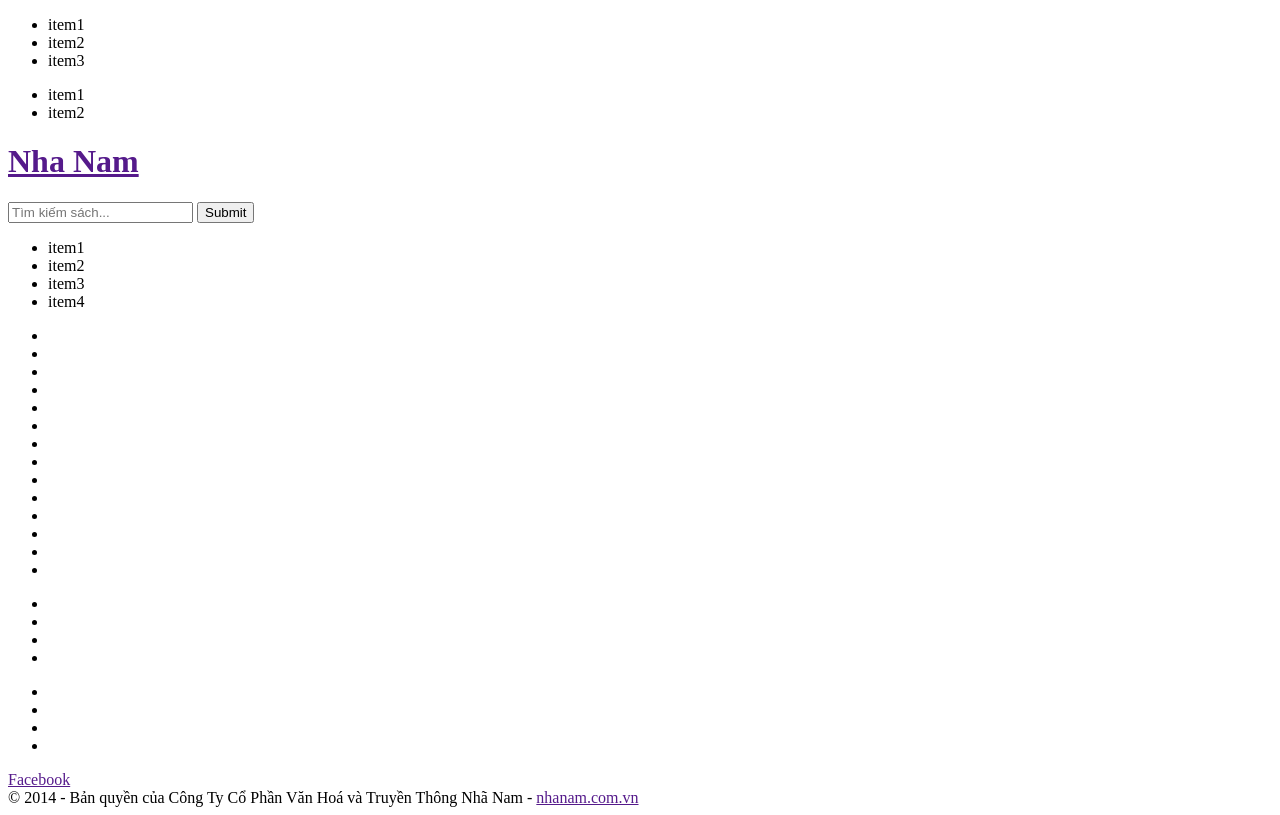
Repository: Kienroro2003/A0921I1_NgyenTranKien
Page: Module6/sprint2/index.html
The author's editor kept a copy of each file at every save. The page is drawn from the files as they stood at one save, then again after a run of saves.
The browser window is 1280 px wide. The pictures show the whole page.

Above is the page before, as saved 2022-08-26 16:45:25.

### Module6/sprint2/index.html
<!DOCTYPE html>
<html lang="en">
<head>
    <meta charset="UTF-8">
    <meta http-equiv="X-UA-Compatible" content="IE=edge">
    <meta name="viewport" content="width=device-width, initial-scale=1.0">
    <title>Nhã Nam</title>
</head>
<body>
    <div class="page">
        <div class="header">
            <div class="topbar">
                <div class="wrapper">
                    <div class="clearfix">
                        <ul class="topnav">
                            <li>item1</li>
                            <li>item2</li>
                            <li>item3</li>
                        </ul>
                        <ul class="topprofile">
                            <li>item1</li>
                            <li>item2</li>
                        </ul>
                    </div>
                </div>
            </div>
            <div class="wrapper wrap">
                <h1 class="logo">
                    <a href="">Nha Nam</a>
                </h1>
                <div class="card"></div>
                <div class="search">
                    <form action="">
                        <input type="text" placeholder="Tìm kiếm sách..." class="text">
                        <input type="submit" class="submit">
                    </form>
                </div>
            </div>
            <div class="mainnav">
                <div class="wrapper">
                    <ul class="menu">
                        <li>item1</li>
                        <li>item2</li>
                        <li>item3</li>
                        <li>item4</li>
                    </ul>
                </div>
            </div>
            <div class="container">
                <div class="slider-wrapper theme-default">
                </div>
                <header class="pagetitle">
                    <a href=""></a>
                </header>
                <ul class="listbook clearfix">
                    <li class="book bookimage">
                        <div class="wrap">
                            <a href="image-link"><img src="" alt=""></a>
                        </div>
                        <!-- <div class="popup">
                            <h1 class="name">
                                <a href=""></a>
                            </h1>
                        </div> -->
                    </li>
                    <li class="book bookimage">
                        <div class="wrap">
                            <a href="image-link"><img src="" alt=""></a>
                        </div>
                        <!-- <div class="popup">
                            <h1 class="name">
                                <a href=""></a>
                            </h1>
                        </div> -->
                    </li>
                    <li class="book bookimage">
                        <div class="wrap">
                            <a href="image-link"><img src="" alt=""></a>
                        </div>
                        <!-- <div class="popup">
                            <h1 class="name">
                                <a href=""></a>
                            </h1>
                        </div> -->
                    </li>
                    <li class="book bookimage">
                        <div class="wrap">
                            <a href="image-link"><img src="" alt=""></a>
                        </div>
                        <!-- <div class="popup">
                            <h1 class="name">
                                <a href=""></a>
                            </h1>
                        </div> -->
                    </li>
                    <li class="book bookimage">
                        <div class="wrap">
                            <a href="image-link"><img src="" alt=""></a>
                        </div>
                        <!-- <div class="popup">
                            <h1 class="name">
                                <a href=""></a>
                            </h1>
                        </div> -->
                    </li>
                    <li class="book bookimage">
                        <div class="wrap">
                            <a href="image-link"><img src="" alt=""></a>
                        </div>
                        <!-- <div class="popup">
                            <h1 class="name">
                                <a href=""></a>
                            </h1>
                        </div> -->
                    </li>
                    <li class="book bookimage">
                        <div class="wrap">
                            <a href="image-link"><img src="" alt=""></a>
                        </div>
                        <!-- <div class="popup">
                            <h1 class="name">
                                <a href=""></a>
                            </h1>
                        </div> -->
                    </li>
                    <li class="book bookimage">
                        <div class="wrap">
                            <a href="image-link"><img src="" alt=""></a>
                        </div>
                        <!-- <div class="popup">
                            <h1 class="name">
                                <a href=""></a>
                            </h1>
                        </div> -->
                    </li>
                    <li class="book bookimage">
                        <div class="wrap">
                            <a href="image-link"><img src="" alt=""></a>
                        </div>
                        <!-- <div class="popup">
                            <h1 class="name">
                                <a href=""></a>
                            </h1>
                        </div> -->
                    </li>
                    <li class="book bookimage">
                        <div class="wrap">
                            <a href="image-link"><img src="" alt=""></a>
                        </div>
                        <!-- <div class="popup">
                            <h1 class="name">
                                <a href=""></a>
                            </h1>
                        </div> -->
                    </li>
                    <li class="book bookimage">
                        <div class="wrap">
                            <a href="image-link"><img src="" alt=""></a>
                        </div>
                        <!-- <div class="popup">
                            <h1 class="name">
                                <a href=""></a>
                            </h1>
                        </div> -->
                    </li>
                    <li class="book bookimage">
                        <div class="wrap">
                            <a href="image-link"><img src="" alt=""></a>
                        </div>
                        <!-- <div class="popup">
                            <h1 class="name">
                                <a href=""></a>
                            </h1>
                        </div> -->
                    </li>
                    <li class="book bookimage">
                        <div class="wrap">
                            <a href="image-link"><img src="" alt=""></a>
                        </div>
                        <!-- <div class="popup">
                            <h1 class="name">
                                <a href=""></a>
                            </h1>
                        </div> -->
                    </li>
                    <li class="book bookimage">
                        <div class="wrap">
                            <a href="image-link"><img src="" alt=""></a>
                        </div>
                        <!-- <div class="popup">
                            <h1 class="name">
                                <a href=""></a>
                            </h1>
                        </div> -->
                    </li>
                </ul>
            </div>
            <div class="footer">
                <div class="wrapper">
                    <div class="footermenu clearfix">
                        <div class="col">
                            <ul>
                                <li></li>
                                <li></li>
                                <li></li>
                                <li></li>
                            </ul>
                        </div>
                        <div class="col">
                            <ul>
                                <li></li>
                                <li></li>
                                <li></li>
                                <li></li>
                            </ul>
                        </div>
                        <div class="socialbtn">
                            <a href="">Facebook</a>
                        </div>
                    </div>
                </div>
            </div>
            <div class="copyright">
                <div class="wrapper">© 2014 - Bản quyền của Công Ty Cổ Phần Văn Hoá và Truyền Thông Nhã Nam - <a href="">nhanam.com.vn</a>
                    <br>

                </div>
            </div>
        </div>
    </div>
    <script src="./assert/js/javascript.js"></script>
</body>
</html>

### Module6/sprint2/assert/js/javascript.js
console.log(document.querySelectorAll(".book.bookimage"));

After the next 2 saves:
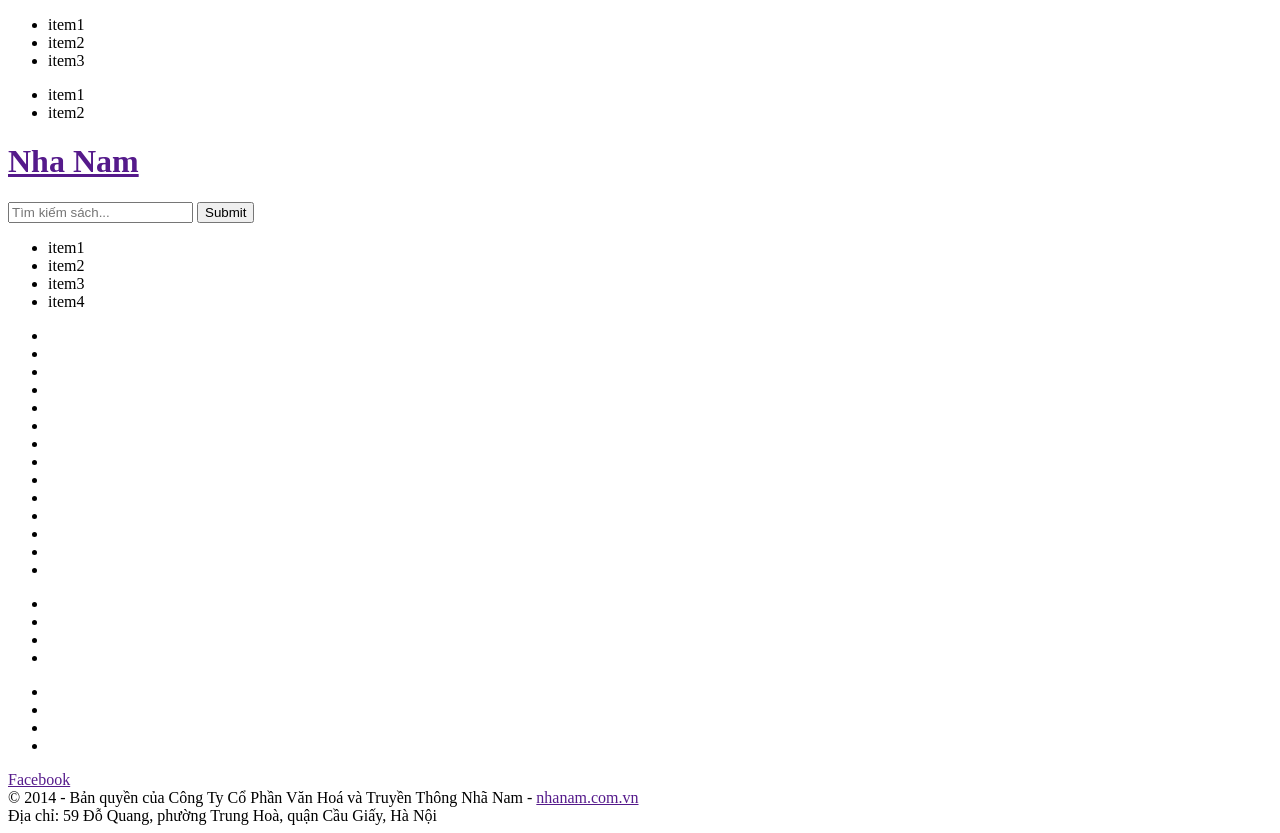
The 2 saves are shown as one change because they came seconds apart.
The last was saved 6 s later.
--- a/Module6/sprint2/index.html
+++ b/Module6/sprint2/index.html
@@ -224,6 +224,8 @@
                 <div class="wrapper">© 2014 - Bản quyền của Công Ty Cổ Phần Văn Hoá và Truyền Thông Nhã Nam - <a href="">nhanam.com.vn</a>
                     <br>
 
+		Địa chỉ: 59 Đỗ Quang, phường Trung Hoà, quận Cầu Giấy, Hà Nội
+		<br>
                 </div>
             </div>
         </div>
